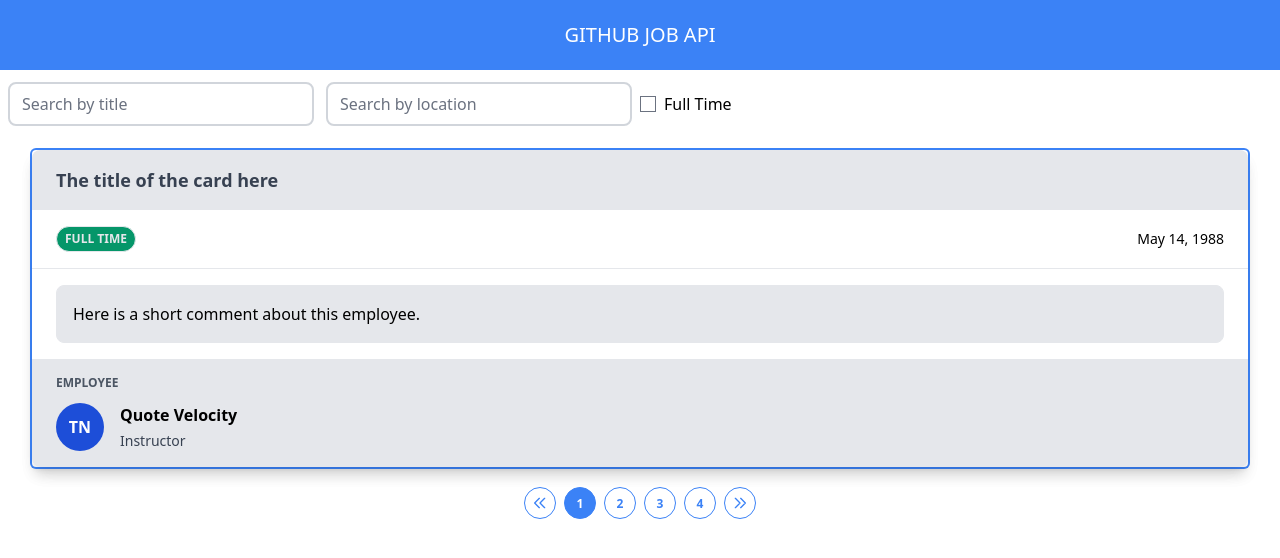
Repository: ShamroOoz/Github-job-api-React-Tailwind
Page: /
The author's editor kept a copy of each file at every save. The page is drawn from the files as they stood at one save, then again after the next save.
The browser window is 1280 px wide. The pictures show the whole page.
The page's requests for data from a server got no answer. The project was rebuilt for these pictures with package versions that can differ from the ones it lists, and the page was loaded fresh each time. No one was signed in, and anything a server would have sent is missing. Also part of the build but not shown: craco.config.js, src/components/Spinner.js, src/components/Alert.js.

Above is the page before, as saved 2021-03-21 18:17:27.

### src/index.css
@tailwind base;
@tailwind components;
@tailwind utilities;

.text-style {
  @apply w-3/5 outline-none border-0 focus:ring-2 ring-indigo-600 border-2 border-gray-300 rounded-lg placeholder-gray-500 placeholder-opacity-100;
}

### src/App.js
import { useState } from "react";
import { useFetch } from "./components/Hooks/useFetch";
import NavBar from "./components/NavBar";
import SearchForm from "./components/SearchForm";
import Pagination from "./components/Pagination";
import Job from "./components/Reducer/Job";
import Spinner from "./components/Spinner";
import Alert from "./components/Alert";

function App() {
  const [params, setparam] = useState({});
  const [page, setpage] = useState(1);
  const { jobs, loading, error } = useFetch(params, page);

  const handleparamchange = (e) => {
    setpage(1);
    let param = e.target.name;
    let value = e.target.value;
    setparam((prevparams) => {
      return { ...prevparams, [param]: value };
    });
  };

  return (
    <>
      <NavBar />
      <SearchForm handleparamchange={handleparamchange} params={params} />
      {/* <div className="px-2">
        {loading && <Spinner />}
        {error && <Alert />}
        {jobs &&
          jobs.map((result, index) => <Job key={index} reult={result} />)}
      </div> */}
      <Job />
      <Pagination />
    </>
  );
}

export default App;

### src/components/Hooks/useFetch.js
import { useReducer, useEffect } from "react";
import axios from "axios";
import { reducer, ACTIONS } from "../Reducer/Reduce";

//
const { MAKE_REQUEST, GET_DATA, ERROR } = ACTIONS;
const BASE_URL =
  "https://secret-ocean-49799.herokuapp.com/https://jobs.github.com/positions.json";

const initialState = {
  jobs: [],
  loading: false,
  error: false,
};

export const useFetch = (params, page) => {
  const [state, dispatch] = useReducer(reducer, initialState);

  //useeffect hook to get data

  useEffect(() => {
    const cancelToken = axios.CancelToken.source();
    dispatch({ type: MAKE_REQUEST, payload: "" });
    axios
      .get(BASE_URL, {
        cancelToken: cancelToken.token,
        params: {
          markdown: true,
          page: page,
          ...params,
        },
      })
      .then((res) => {
        dispatch({ type: GET_DATA, payload: res.data });
        console.log(res.data);
      })
      .catch((err) => {
        if (axios.isCancel(err)) return;
        dispatch({ type: ERROR, payload: err });
      });
    //clean up
    return () => {
      cancelToken.cancel();
    };
  }, [page, params]);

  return state;
};

### src/components/NavBar.js
import React from "react";

const NavBar = () => {
  return (
    <nav className="relative flex flex-wrap items-center justify-center px-2 py-3 navbar-expand-lg bg-blue-500 ">
      <h2 className=" inline-block py-2 whitespace-no-wrap uppercase text-xl font-normal leading-normal  text-white">
        Github Job Api
      </h2>
    </nav>
  );
};

export default NavBar;

### src/components/SearchForm.js
import React from "react";

const SearchForm = ({ handleparamchange, params }) => {
  return (
    <form>
      <div className="grid grid-cols-2  ">
        <div className="py-3 px-2 flex space-x-3 ">
          <input
            className="text-style"
            type="text"
            placeholder={`Search by title `}
            name="description"
            value={params.description || ""}
            onChange={handleparamchange}
          />
          <input
            className="text-style"
            type="text"
            placeholder={`Search by location`}
            name="location"
            value={params.location || ""}
            onChange={handleparamchange}
          />
        </div>
        <div className="flex">
          <label className="flex items-center">
            <input
              type="checkbox"
              value={params.full_time || ""}
              onChange={handleparamchange}
            />
            <span className="ml-2">Full Time </span>
          </label>
        </div>
      </div>
    </form>
  );
};

export default SearchForm;

### src/components/Pagination.js
import React from "react";

const Pagination = () => {
  return (
    <nav className="block py-2 flex justify-center ">
      <ul className="flex pl-0 rounded list-none flex-wrap">
        <li>
          <a
            href="#pablo"
            className="first:ml-0 text-xs font-semibold flex w-8 h-8 mx-1 p-0 rounded-full items-center justify-center leading-tight relative border border-solid border-blue-500 bg-white text-blue-500"
          >
            <svg
              xmlns="http://www.w3.org/2000/svg"
              fill="none"
              viewBox="0 0 24 24"
              stroke="currentColor"
              className="w-4"
            >
              <path
                strokeLinecap="round"
                strokeLinejoin="round"
                strokeWidth="2"
                d="M11 19l-7-7 7-7m8 14l-7-7 7-7"
              />
            </svg>
          </a>
        </li>
        <li>
          <a
            href="#pablo"
            className="first:ml-0 text-xs font-semibold flex w-8 h-8 mx-1 p-0 rounded-full items-center justify-center leading-tight relative border border-solid border-blue-500 text-white bg-blue-500"
          >
            1
          </a>
        </li>
        <li>
          <a
            href="#pablo"
            className="first:ml-0 text-xs font-semibold flex w-8 h-8 mx-1 p-0 rounded-full items-center justify-center leading-tight relative border border-solid border-blue-500 bg-white text-blue-500"
          >
            2
          </a>
        </li>
        <li>
          <a
            href="#pablo"
            className="first:ml-0 text-xs font-semibold flex w-8 h-8 mx-1 p-0 rounded-full items-center justify-center leading-tight relative border border-solid border-blue-500 bg-white text-blue-500"
          >
            3
          </a>
        </li>
        <li>
          <a
            href="#pablo"
            className="first:ml-0 text-xs font-semibold flex w-8 h-8 mx-1 p-0 rounded-full items-center justify-center leading-tight relative border border-solid border-blue-500 bg-white text-blue-500"
          >
            4
          </a>
        </li>

        <li>
          <a
            href="#pablo"
            className="first:ml-0 text-xs font-semibold flex w-8 h-8 mx-1 p-0 rounded-full items-center justify-center leading-tight relative border border-solid border-blue-500 bg-white text-blue-500"
          >
            <svg
              xmlns="http://www.w3.org/2000/svg"
              fill="none"
              viewBox="0 0 24 24"
              stroke="currentColor"
              className="w-4"
            >
              <path
                strokeLinecap="round"
                strokeLinejoin="round"
                strokeWidth="2"
                d="M13 5l7 7-7 7M5 5l7 7-7 7"
              />
            </svg>
          </a>
        </li>
      </ul>
    </nav>
  );
};

export default Pagination;

### src/components/Reducer/Job.js
import React from "react";

const Job = (props) => {
  return (
    <div className="flex shadow-lg ring-2 ring-blue-500 mx-8 my-3 rounded">
      <div className="w-full flex flex-col bg-white shadow-lg rounded-lg overflow-hidden">
        <div className="bg-gray-200 text-gray-700 text-lg px-6 py-4 font-bold">
          The title of the card here
        </div>

        <div className="flex justify-between items-center px-6 py-4">
          <div className="bg-green-600 text-xs uppercase px-2 py-1 rounded-full border border-gray-200 text-gray-200 font-bold">
            Full Time
          </div>
          <div className="text-sm">May 14, 1988</div>
        </div>

        <div className="px-6 py-4 border-t border-gray-200">
          <div className="border rounded-lg p-4 bg-gray-200">
            Here is a short comment about this employee.
          </div>
        </div>

        <div className="bg-gray-200 px-6 py-4 flex">
          <div>
            <div className="uppercase text-xs text-gray-600 font-bold">
              Employee
            </div>
            <div className="flex items-center pt-3">
              <div className="bg-blue-700 w-12 h-12 flex justify-center items-center rounded-full uppercase font-bold text-white">
                TN
              </div>
              <div className="ml-4">
                <p className="font-bold">Quote Velocity</p>
                <p className="text-sm text-gray-700 mt-1">Instructor</p>
              </div>
            </div>
          </div>
        </div>
      </div>
    </div>
  );
};

export default Job;

### src/components/Reducer/Reduce.js
export const ACTIONS = {
  MAKE_REQUEST: "MAKE_REQUEST",
  GET_DATA: "GET_DATA",
  ERROR: "ERROR",
};

export const reducer = (state, action) => {
  switch (action.type) {
    case ACTIONS.MAKE_REQUEST:
      return { ...state, loading: true };
    case ACTIONS.GET_DATA:
      return {
        ...state,
        loading: false,
        jobs: action.payload,
      };
    case ACTIONS.ERROR:
      return { ...state, error: true };
    default:
      return state;
  }
};

Loaded but not shown: public/index.html (common file); src/index.js (common file); tailwind.config.js (common file)

After the next save:
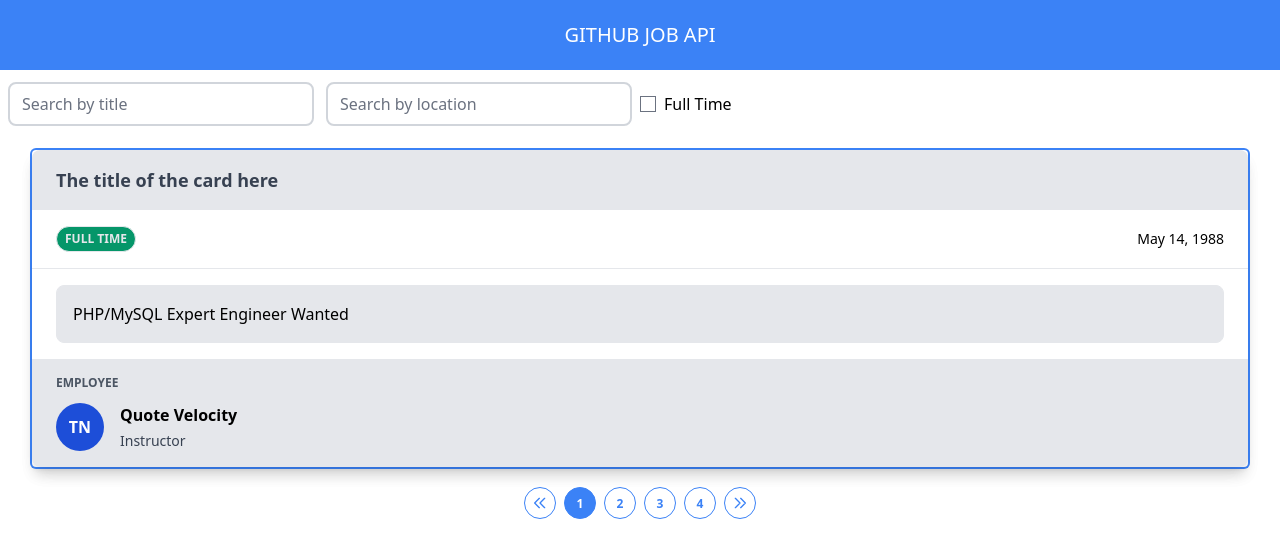
Saved 44 s later.
--- a/src/components/Reducer/Job.js
+++ b/src/components/Reducer/Job.js
@@ -17,7 +17,7 @@
 
         <div className="px-6 py-4 border-t border-gray-200">
           <div className="border rounded-lg p-4 bg-gray-200">
-            Here is a short comment about this employee.
+            PHP/MySQL Expert Engineer Wanted
           </div>
         </div>
 
